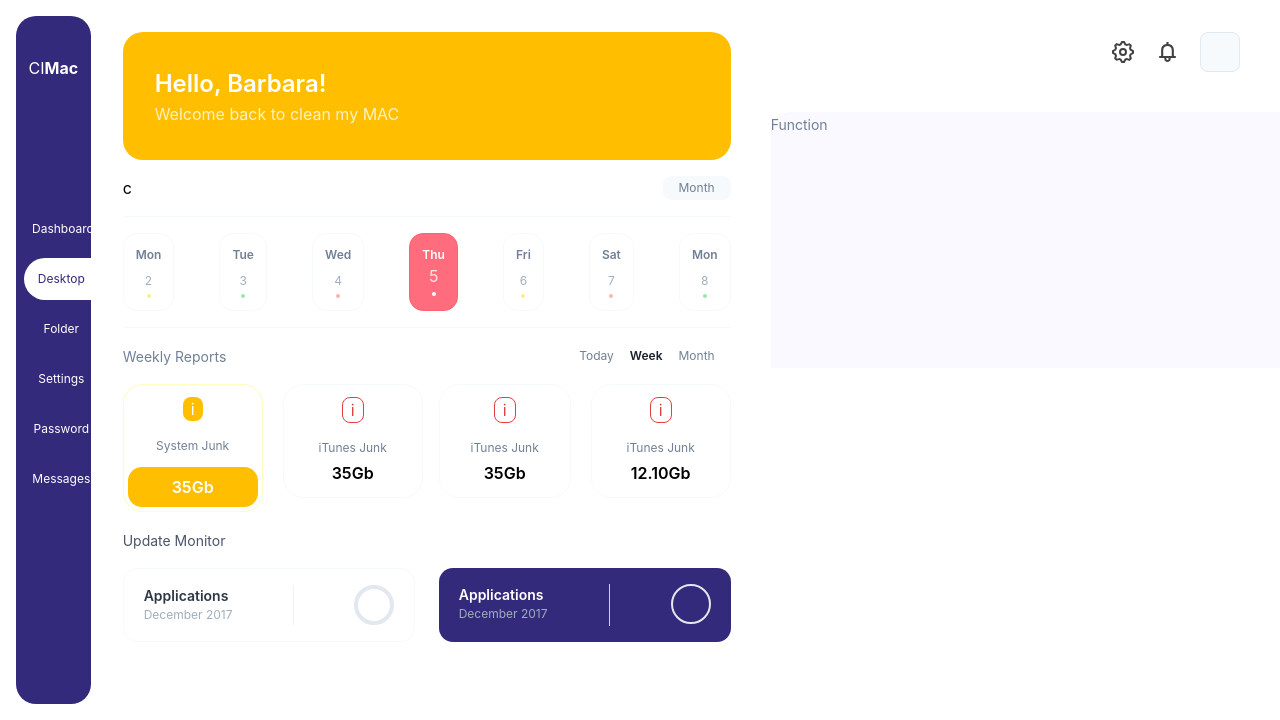
Repository: charleyvibez/experiment-Utility-software-UI
Page: index.html
An editor plug-in stored every save of this project. The page is shown before and after a run of saves, followed by the edit.
The browser window is 1280 px wide. The pictures show the whole page.

Above is the page before, as saved 2020-03-18 02:25:53.

### index.html
<!DOCTYPE html>
<html lang="en">
<head>
  <meta charset="UTF-8">
  <meta name="viewport" content="width=device-width, initial-scale=1.0">

  <link rel="stylesheet" href="tailwind.css">
  <link rel="stylesheet" href="index.css">
  <title>Document</title>
</head>
<body>
  <section class="flex">
     <aside class="w-1/12 p-4 h-screen">
      <div class="aside-container bg-gray-100 rounded-xl flex flex-col items-center h-full">
        <div class="logo pt-10 text-white">
          <h3>CI<span class="font-bold">Mac</span></h3>
        </div>

      <nav class="flex flex-col items-center text-xs mt-32 text-center text-white w-full pl-2">
        <div class="nav-item w-full pl-2 py-3 mb-2">Dashboard</div>
        <div class="nav-item w-full pl-2 py-3 mb-2 active-nav">Desktop</div>
        <div class="nav-item w-full pl-2 py-3 mb-2">Folder</div>
        <div class="nav-item w-full pl-2 py-3 mb-2">Settings</div>
        <div class="nav-item w-full pl-2 py-3 mb-2">Password</div>
        <div class="nav-item w-full pl-2 py-3 mb-2">Messages</div>
      </nav>
      </div>

    </aside>

  <main class="w-6/12 px-4 pt-8">
    <div class="main-container">
      <div class="hello p-8 h-32 yellow-bg rounded-xl flex flex-col justify-center">
        <h1 class="text-2xl font-semibold text-white">Hello, Barbara!</h1>
        <p class="yellow-text-support">Welcome back to clean my MAC</p>
      </div>
      <div class="date">
        <div class="heading flex justify-between border-b border-gray-100 py-4">
          <div class="heading-date-range">
            c
          </div>
          <div class="heading-month bg-gray-100 px-4 rounded-lg flex items-center">
            <span class="inline-block text-xs text-gray-600">Month</span>
          </div>
        </div>
        <div class="days flex justify-between py-4  border-b border-gray-100">
          <div class="day flex flex-col items-center py-3 px-3 border border-gray-100 rounded-lg">
            <h3 class="font-semibold text-xs text-gray-600">Mon</h3>
            <span class="text-gray-500 text-xs mt-2">2</span>
            <span class="w-1 h-1 bg-yellow-300 rounded-full mt-1"></span>
          </div>
          <div class="day flex flex-col items-center py-3 px-3 border border-gray-100 rounded-lg">
            <h3 class="font-semibold text-xs text-gray-600">Tue</h3>
            <span class="text-gray-500 text-xs mt-2">3</span>
            <span class="w-1 h-1 bg-green-300 rounded-full mt-1"></span>
          </div>
          <div class="day flex flex-col items-center py-3 px-3 border border-gray-100 rounded-lg">
            <h3 class="font-semibold text-xs text-gray-600">Wed</h3>
            <span class="text-gray-500 text-xs mt-2">4</span>
            <span class="w-1 h-1 bg-red-300 rounded-full mt-1"></span>
          </div>
          <div class="day flex flex-col items-center py-3 px-3 border border-gray-100 rounded-lg active-day">
            <h3 class="font-semibold text-xs">Thu</h3>
            <span class="inline-block text-white day-number">5</span>
            <span class="inline-block w-1 h-1 bg-yellow-300 rounded-full mt-1 day-indicator"></span>
          </div>
          <div class="day flex flex-col items-center py-3 px-3 border border-gray-100 rounded-lg">
            <h3 class="font-semibold text-xs text-gray-600">Fri</h3>
            <span class="text-gray-500 text-xs mt-2">6</span>
            <span class="w-1 h-1 bg-yellow-300 rounded-full mt-1"></span>
          </div>
          <div class="day flex flex-col items-center py-3 px-3 border border-gray-100 rounded-lg">
            <h3 class="font-semibold text-xs text-gray-600">Sat</h3>
            <span class="text-gray-500 text-xs mt-2">7</span>
            <span class="w-1 h-1 bg-red-300 rounded-full mt-1"></span>
          </div>
          <div class="day flex flex-col items-center py-3 px-3 border border-gray-100 rounded-lg">
            <h3 class="font-semibold text-xs text-gray-600">Mon</h3>
            <span class="text-gray-500 text-xs mt-2">8</span>
            <span class="w-1 h-1 bg-green-300 rounded-full mt-1"></span>
          </div>
        </div>
      </div>

       <div class="Reports">
        <div class="heading flex justify-between py-4">
          <div class="heading-date-range">
            <Span class="font-normal text-sm text-gray-600"> Weekly Reports</Span>
          </div>
          <div class="heading-reports  px-4 rounded-lg flex items-center">
            <span class="inline-block text-gray-600 text-xs">Today</span>
            <span class="inline-block text-gray-900 ml-4 text-xs font-semibold">Week</span>
            <span class="inline-block text-gray-600 ml-4 text-xs">Month</span>
          </div>


        </div>
        <div class="junks flex items-start">
          <div class="system-junk w-1/4  flex items-center pr-3">
           <div class="bg-white rounded-xl flex flex-col items-center border border-yellow-200 w-full px-1 pt-3 pb-1 ">
             <span class="junk-icon inline-block px-2 text-white mb-4 rounded-lg yellow-bg">
              i
            </span>
            <h6 class="text-xs mb-3 text-gray-600">System Junk</h6>
            <span class="inline-block yellow-bg px-5 py-2 text-center rounded-semi-xl text-white font-semibold w-full">35Gb</span>
           </div>
          </div>
          <div class="itunes-junk w-1/4 flex items-center pl-2 pr-1">
           <div class="bg-white rounded-xl flex flex-col items-center border border-gray-100 w-full px-1 py-3">
             <span class="junk-icon inline-block px-2 border border-red-600 text-red-600 mb-4 rounded-lg">
              i
            </span>
            <h6 class="text-xs mb-1 text-gray-600">iTunes Junk</h6>
            <span class="inline-block text-center rounded-semi-xl font-semibold w-full">35Gb</span>
           </div>
          </div>
          <div class="itunes-junk w-1/4 flex items-center pl-3 pr-2">
           <div class="bg-white rounded-xl flex flex-col items-center border border-gray-100 w-full px-1 py-3">
             <span class="junk-icon inline-block px-2 border border-red-600 text-red-600 mb-4 rounded-lg">
              i
            </span>
            <h6 class="text-xs mb-1 text-gray-600">iTunes Junk</h6>
            <span class="inline-block text-center rounded-semi-xl font-semibold w-full">35Gb</span>
           </div>
          </div>
          <div class="itunes-junk w-1/4 flex items-center pl-3">
           <div class="bg-white rounded-xl flex flex-col items-center border border-gray-100 w-full px-1 py-3">
             <span class="junk-icon inline-block px-2 border border-red-600 text-red-600 mb-4 rounded-lg">
              i
            </span>
            <h6 class="text-xs mb-1 text-gray-600">iTunes Junk</h6>
            <span class="inline-block text-center rounded-semi-xl font-semibold w-full">12.10Gb</span>
           </div>
          </div>
        </div>

       </div>

       <div class="system-status">
          <div class="heading flex flex-col justify-between py-4">
          <div class="heading-date-range">
            <Span class="font-normal text-sm text-gray-700"> Update Monitor</Span>
          </div>
          <div class="flex justify-between mt-4">

            <div class="w-3/6 py-4 px-5 flex justify-between border border-gray-100 rounded-semi-xl mr-3">
              <div>
                <h3  class="text-sm text-gray-800 font-semibold">Applications</h3>
              <p  class="text-xs text-gray-500">December 2017</p>
              </div>
               <hr class="h-full w-thin bg-gray-200">
               <div class="w-10 h-10 border-4 rounded-full"></div>
            </div>
            <div class="w-3/6 py-4 px-5 flex justify-between indigo-bg rounded-semi-xl ml-3">
              <div>
                <h3  class="text-sm text-white font-semibold">Applications</h3>
              <p  class="text-xs text-gray-500">December 2017</p>
              </div>
               <hr class="h-full w-thin bg-gray-400">
               <div class="w-10 h-10 border-2 rounded-full"></div>
            </div>
          </div>


        </div>
       </div>
    </div>
  </main>

  <section class="right w-5/12 pl-6 pt-8">
    <div class="right-container flex flex-col items-end">
      <div class="header flex justify-end items-center pr-10 mb-10">
        <span class="header-settings"><img src="icons/settings.svg" alt=""></span>
        <span class="header-settings ml-6">
          <img src="icons/notification_bell.svg" alt="">
        </span>
        <span class="header-settings w-10 h-10 bg-gray-100 rounded-lg border ml-6">
          <img src="" alt="">
      </div>

      <div class="side-function w-full bg-indigo-100 h-64 rounded-tl-lg">
        <div>
          <Span class="text-sm text-gray-600">Function</Span>
        </div>
      </div>
    </div>

  </section>
</section>

</body>
</html>

### index.css
* {
  margin: 0;
  padding: 0;
  box-sizing: border-box;
}

.aside-container {
  background: #332a7b;
}
.active-nav {
  position: relative;
  background:white;
  color: #332a7b;
  border-bottom-left-radius: 30px;
  border-top-left-radius: 30px;
}

/* .active-nav:before {
  position: absolute;
  content: '';
  height: 30px;
  width: 30px;
  border-radius: 50%;
  top: -25px;
  right: 0;
  background: #332a7b;
} */

.rounded-xl {
  border-radius: 20px
}
.rounded-semi-xl {
  border-radius: 14px
}

.w-thin {
  width: 1px;
}

.indigo-bg {
  background: #332a7b;
}

.yellow-bg {
  background: #ffbf00;
}
.yellow-text-support {
  color: #fff1c5
}

.day {
  border-radius: 14px;
}

.active-day {
  background: #ff6c7d;
  border: 1px solid #ff6173
}

.active-day h3 {
  color: white;
  ;
}
.active-day .day-number {
  color: #ffe4e7;
}
.active-day .day-indicator {
  background: white;
}

.side-function {
  border-top-left-radius: 20px;
  background: #faf9ff;
}

Loaded but not shown: tailwind.css (library)

After the next 4 saves:
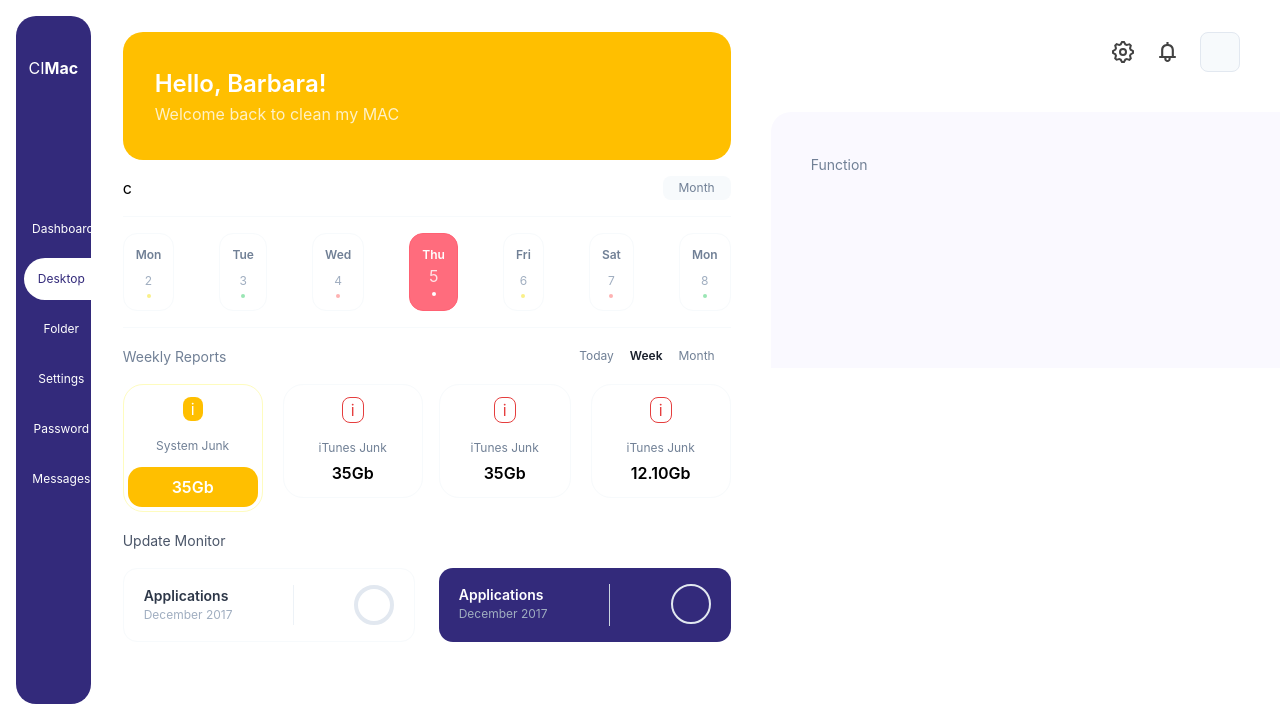
The 4 saves are shown as one change because they came seconds apart.
The last was saved 16 s later.
--- a/index.html
+++ b/index.html
@@ -178,7 +178,7 @@
           <img src="" alt="">
       </div>
 
-      <div class="side-function w-full bg-indigo-100 h-64 rounded-tl-lg">
+      <div class="side-function w-full bg-indigo-100 h-64 rounded-tl-lg p-10">
         <div>
           <Span class="text-sm text-gray-600">Function</Span>
         </div>
